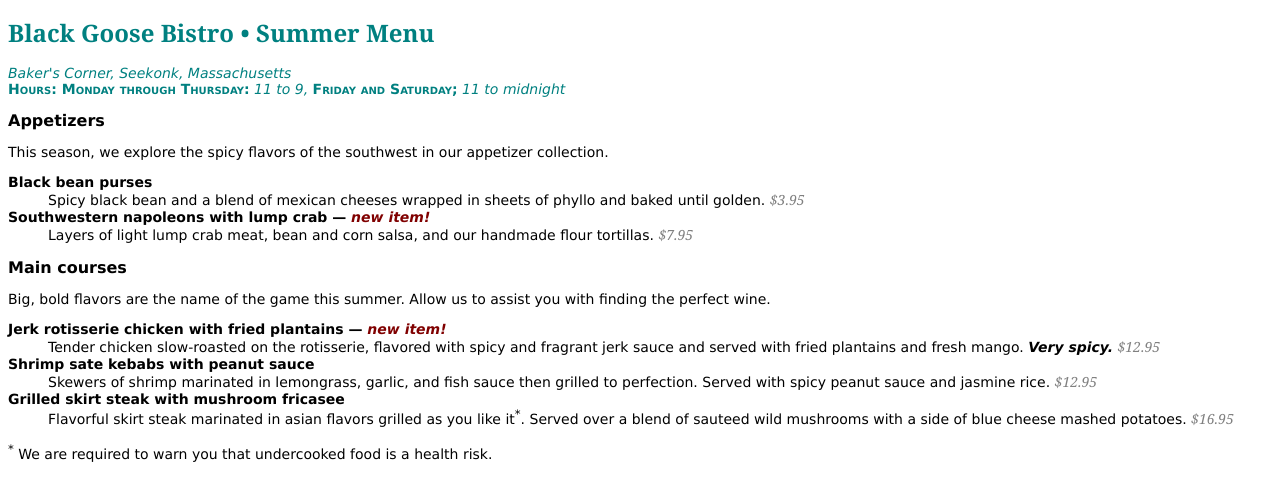
Repository: Lithium87/WebDesign
Page: Bistro/menu.html
These files come from the project's save history. The page is drawn as it stood at one moment and after the next save; the edit follows.
The browser window is 1280 px wide. The pictures show the whole page.
Some web fonts or font styles are not loaded; a fallback is used.

Above is the page before, as saved 2020-04-14 11:05:47.

### Bistro/menu.html
<!DOCTYPE html >
<html>

<head>
    <meta charset="utf-8">
    <title>Black Goose Bistro Summer Menu</title>
    <link href="http://fonts.googleapis.com/ css?family=Marko+One" rel="stylesheet">
    <style>
        body {
            font-family: Verdana, sans-serif;
            font-size: 100%;
        }

        h1 {
            font: bold 1.5em "Marko One", Georgia, serif;
        }

        h2 {
            font-size: 1em;
        }

        p,
        dl {
            font-size: 0.875em;
        }

        dt {
            font-weight: bold;
        }

        strong {
            font-style: italic;
        }

        dt strong {
            color: maroon;
        }

        #info {
            color: teal;
        }

        #info p {
            font-style: italic;
        }

        .price {
            font-family: Georgia, serif;
            font-style: italic;
            color: grey;
        }

        .label {
            font-weight: bold;
            font-variant: small-caps;
            font-style: normal;
        }
    </style>
</head>

<body>

    <div id="info">
        <h1>Black Goose Bistro &bull; Summer Menu</h1>

        <p>Baker's Corner, Seekonk, Massachusetts<br>
            <span class="label">Hours: Monday through Thursday:</span> 11 to 9, <span class="label">Friday and Saturday;</span> 11 to midnight</p>
    </div>

    <div id="appetizers">
        <h2>Appetizers</h2>
        <p>This season, we explore the spicy flavors of the southwest in our appetizer collection.</p>

        <dl>
            <dt>Black bean purses</dt>
            <dd>Spicy black bean and a blend of mexican cheeses wrapped in sheets of phyllo and baked until golden. <span class="price">$3.95</span></dd>

            <dt class="newitem">Southwestern napoleons with lump crab &mdash; <strong>new item!</strong></dt>
            <dd>Layers of light lump crab meat, bean and corn salsa, and our handmade flour tortillas. <span class="price">$7.95</span></dd>
        </dl>
    </div>

    <div id="entrees">

        <h2>Main courses</h2>
        <p>Big, bold flavors are the name of the game this summer. Allow us to assist you with finding the perfect wine.</p>


        <dl>

            <dt class="newitem">Jerk rotisserie chicken with fried plantains &mdash; <strong>new item!</strong></dt>
            <dd>Tender chicken slow-roasted on the rotisserie, flavored with spicy and fragrant jerk sauce and served with fried plantains and fresh mango. <strong>Very spicy.</strong> <span class="price">$12.95</span></dd>

            <dt>Shrimp sate kebabs with peanut sauce</dt>
            <dd>Skewers of shrimp marinated in lemongrass, garlic, and fish sauce then grilled to perfection. Served with spicy peanut sauce and jasmine rice. <span class="price">$12.95</span></dd>

            <dt>Grilled skirt steak with mushroom fricasee</dt>
            <dd>Flavorful skirt steak marinated in asian flavors grilled as you like it<sup>*</sup>. Served over a blend of sauteed wild mushrooms with a side of blue cheese mashed potatoes. <span class="price">$16.95</span></dd>
        </dl>

    </div>

    <p class="warning"><sup>*</sup> We are required to warn you that undercooked food is a health risk.</p>

</body>

</html>

After the next save:
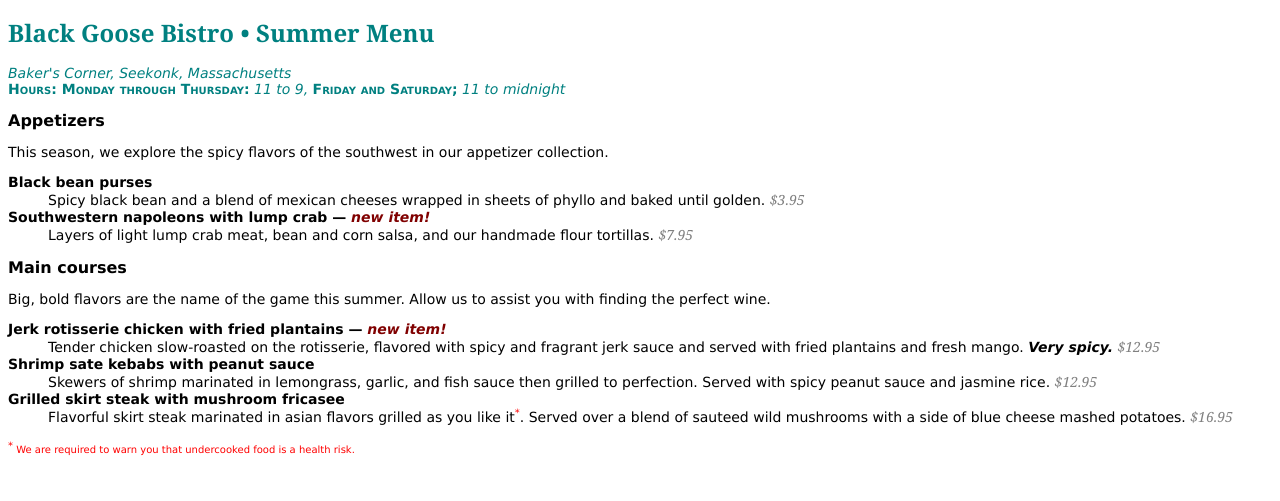
Saved 90 s later.
--- a/Bistro/menu.html
+++ b/Bistro/menu.html
@@ -55,6 +55,12 @@
             font-variant: small-caps;
             font-style: normal;
         }
+
+        p.warning,
+        sup {
+            font-size: x-small;
+            color: red;
+        }
     </style>
 </head>
 
